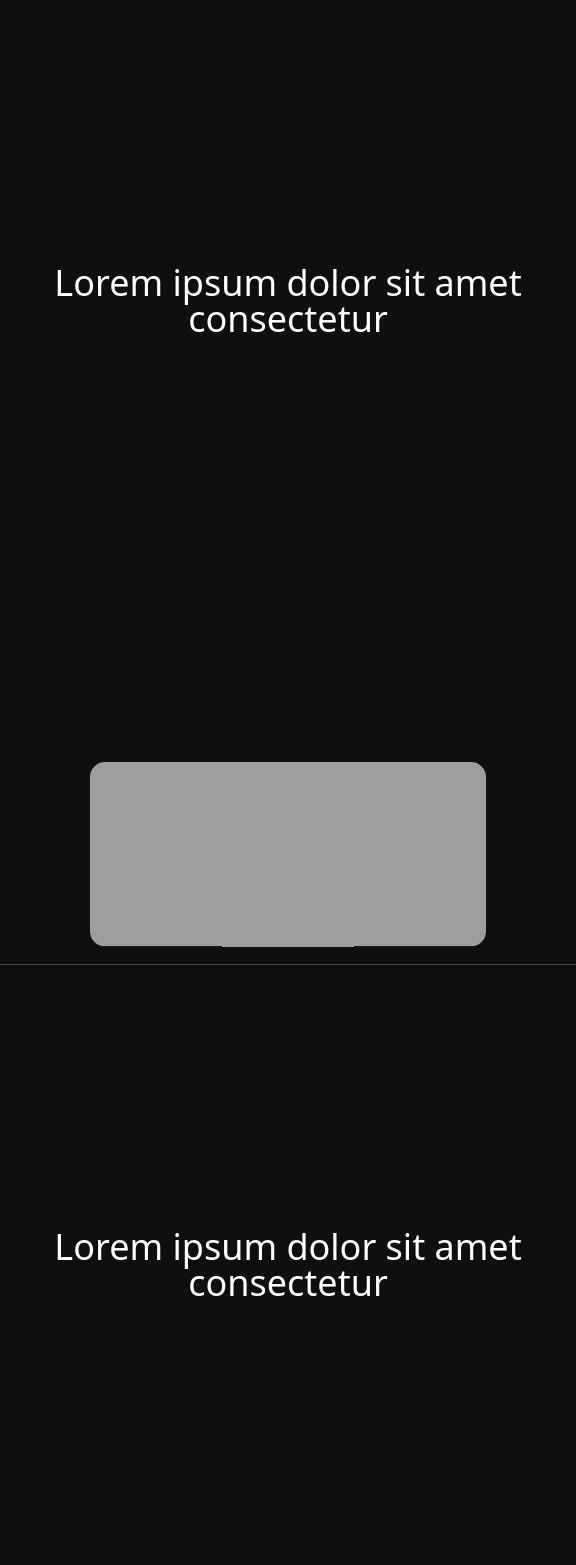
Repository: Ajeyinka/Split-card
Page: index.html
These files come from the project's save history. The page is drawn as it stood at one moment and after the next save; the edit follows.
The browser window is 768 px wide. The pictures show the whole page, at 75% of full size.
Pictures or frames that could not be fetched are drawn as grey boxes.

Above is the page before, as saved 2026-02-12 21:42:03.

### index.html
<!DOCTYPE html>
<html lang="en">
  <head>
    <meta charset="UTF-8" />
    <meta name="viewport" content="width=device-width, initial-scale=1.0" />
    <title>Document</title>
    <link rel="stylesheet" href="styles.css" />
    <script src="script.js" defer></script>
  </head>
  <body>
    <section class="intro">
      <h1>Lorem ipsum dolor sit amet consectetur</h1>
    </section>
    <section class="sticky">
      <div class="sticky-header">
        <h1>Three Pillar with one Purpose</h1>
      </div>
      <div class="card-container">
        <div class="card" id="card-1">
          <div class="card-front">
            <img src="https://designeryinka.com/images/avatar.webp" alt="" />
          </div>
          <div class="card-back">
            <span>(01)</span>
            <p>Web Design</p>
          </div>
        </div>
        <div class="card" id="card-2">
          <div class="card-front">
            <img src="https://designeryinka.com/images/avatar.webp" alt="" />
          </div>
          <div class="card-back">
            <span>(01)</span>
            <p>Web Design</p>
          </div>
        </div>
        <div class="card" id="card-3">
          <div class="card-front">
            <img src="https://designeryinka.com/images/avatar.webp" alt="" />
          </div>
          <div class="card-back">
            <span>(01)</span>
            <p>Web Design</p>
          </div>
        </div>
      </div>
    </section>
    <section class="outro">
      <h1>Lorem ipsum dolor sit amet consectetur</h1>
    </section>
  </body>
</html>

### styles.css
:root {
  --bg: #0f0f0f;
  --fg: #fff;
  --card-1: #b2b2b2;
  --card-2: #ce2017;
  --card-3: #2f2f2f;
}

* {
  margin: 0;
  padding: 0;
  box-sizing: border-box;
}

body {
  font-family: system-ui;
}

img {
  width: 100%;
  height: 100%;
  object-fit: cover;
}

h1 {
  font-size: 4rem;
  font-weight: 500;
  line-height: 1;
}

p {
  font-size: 2rem;
}

section {
  position: relative;
  width: 100%;
  height: 100svh;
  padding: 2rem;
  background: var(--bg);
  color: var(--fg);
}

.intro,
.outro {
  text-align: center;
  align-content: center;
}

.intro h1,
.outro h1 {
  width: 30%;
  margin: 0 auto;
}

.sticky {
  display: flex;
  justify-content: center;
  align-items: center;
}

.sticky-header {
  position: absolute;
  top: 20%;
  left: 50%;
  transform: translate(-50%, -50%);
}

.sticky-header h1 {
  position: relative;
  text-align: center;
  will-change: transform, opacity;
  transform: translateY(40px);
  opacity: 0;
}

.card-container {
  position: relative;
  width: 75%;
  display: flex;
  perspective: 1000px;
  transform: translateY(40px);
  will-change: width;
}
.card {
  position: relative;
  flex: 1;
  aspect-ratio: 5/7;
  transform-style: preserve-3d;
  transform-origin: top;
}
#card-1 {
  border-radius: 20px 0 0 20px;
}
#card-3 {
  border-radius: 0 20px 20px 0;
}

.card-front,
.card-back {
  position: absolute;
  width: 100%;
  height: 100%;
  backface-visibility: hidden;
  border-radius: inherit;
  overflow: hidden;
}

.card-back {
  display: flex;
  justify-content: center;
  align-items: center;
  text-align: center;
  transform: rotateY(180deg);
  padding: 2rem;
}

.card-back span {
  position: absolute;
  top: 2rem;
  left: 2rem;
  opacity: 0.4;
}

#card-1 .card-back {
  background: var(--card-1);
  color: var(--bg);
}
#card-3 .card-back {
  background: var(--card-2);
}

#card-3 .card-back {
  background: var(--card-3);
}

@media (max-width: 1000px) {
  h1 {
    font-size: 3rem;
  }
  .intro h1,
  .outro h1 {
    width: 100%;
  }

  .sticky {
    height: max-content;
    padding: 4rem 2rem;
    flex-direction: column;
  }
  .sticky-header {
    position: relative;
    top: 0;
    left: 0;
    transform: none;
    margin-bottom: 4rem;
  }
}

Loaded but not shown: script.js (no stored copy; drawn as an empty file)

After the next save:
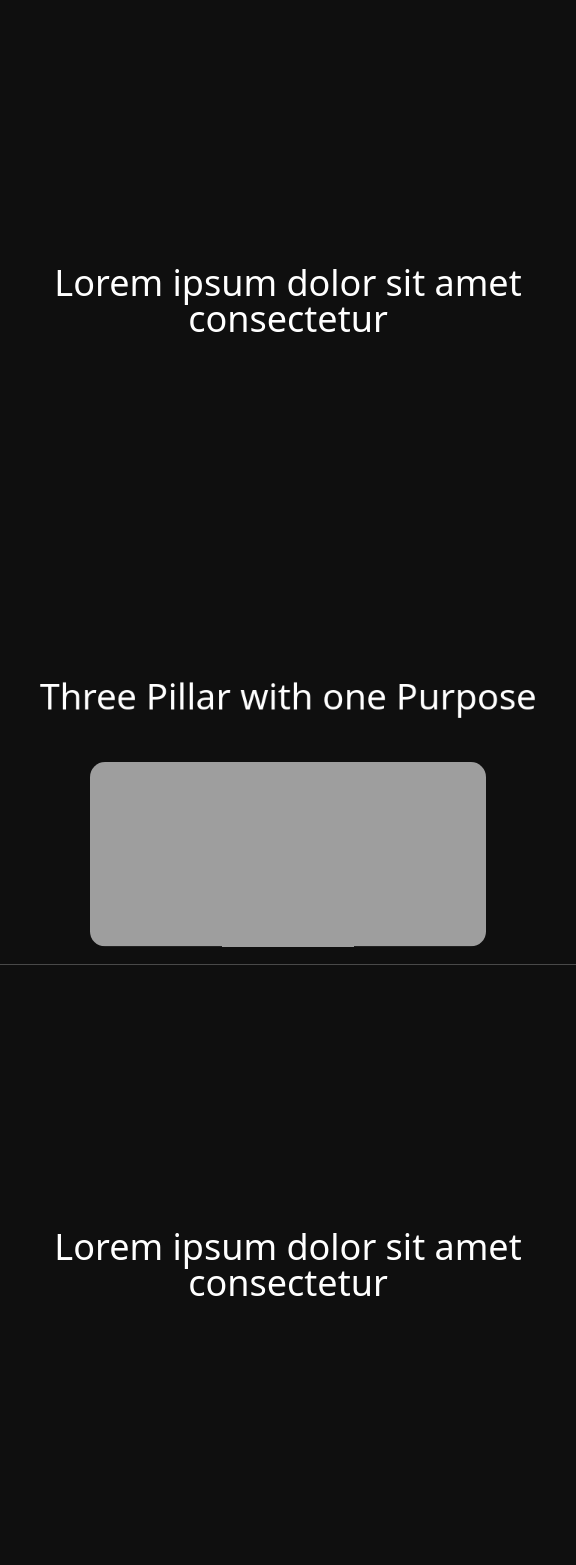
Saved 17 s later.
--- a/styles.css
+++ b/styles.css
@@ -155,4 +155,8 @@ section {
     transform: none;
     margin-bottom: 4rem;
   }
+
+  .sticky-header h1 {
+    opacity: 1;
+  }
 }
